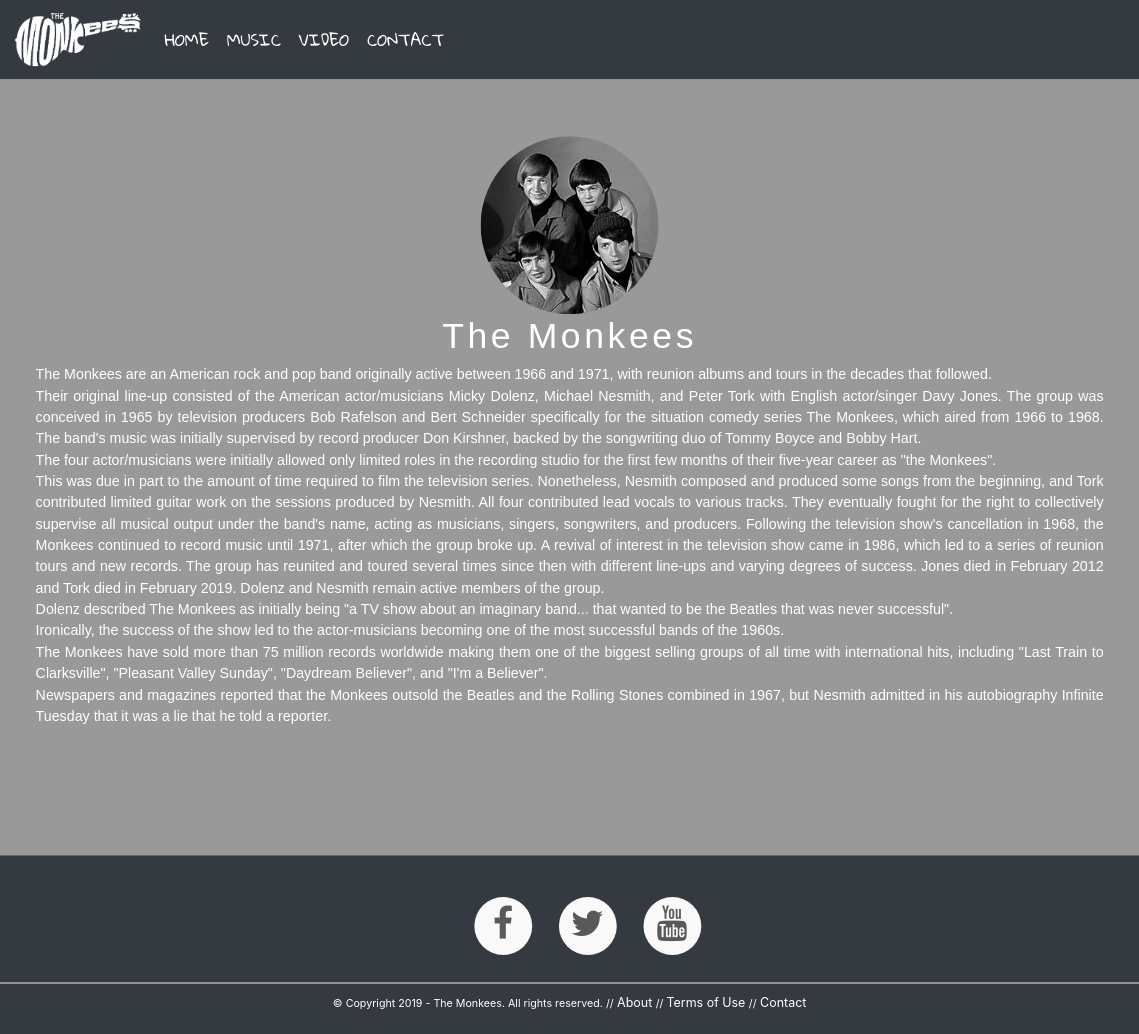
Repository: Code-Institute-Submissions/the_monkees-3
Page: about.html
The author's editor kept a record of every edit. The page is drawn from the files as they stood at one moment, then again after the next edit.
The browser window is 1280 px wide. The pictures show the whole page, at 89% of full size.
Some web libraries are served in a nearby version.

Above is the page before.

### about.html
<!DOCTYPE html>
<html lang="en">
<head>
    <meta charset="UTF-8">
    <meta name="viewport" content="width=device-width, initial-scale=1.0">
    <meta http-equiv="X-UA-Compatible" content="ie=edge">
    <script type="text/javascript" src="https://cdnjs.cloudflare.com/ajax/libs/jquery/2.1.3/jquery.min.js"></script>
    <script type="text/javascript" src="https://stackpath.bootstrapcdn.com/bootstrap/4.3.1/js/bootstrap.min.js"></script>
    <link rel="stylesheet" href="https://stackpath.bootstrapcdn.com/bootstrap/4.3.1/css/bootstrap.min.css" type="text/css" />
    <link rel="stylesheet" href="https://stackpath.bootstrapcdn.com/font-awesome/4.7.0/css/font-awesome.min.css" type="text/css" />
    <link rel="stylesheet" href="assets/css/style.css" type="text/css" />
    <title>Home|The Monkees</title>
</head>
<body>
  <header>
<!--------------------Navigation-->
    <nav class="navbar navbar-expand-sm bg-dark navbar-dark stroke">
      <a class="navbar-brand" href="index.html">
        <img src="assets/image/LOGO.png" id="logo-transparent" alt="logo" style="width:143px;">
      </a>
      <button type="button" class="navbar-toggler" data-toggle="collapse" data-target="#navbarCollapse">
        <span class="navbar-toggler-icon"></span>
      </button>

    <div class="collapse navbar-collapse" id="navbarCollapse">
      <ul class="navbar-nav">
        <li class="nav-item">
          <a class="nav-link " id="navbar-select-color" href="index.html">Home</a>
        </li>

        <li class="nav-item">
          <a class="nav-link" id="navbar-select-color" href="music.html">Music</a>
        </li>
        <li class="nav-item">
          <a class="nav-link" id="navbar-select-color" href="video.html">Video</a>
        </li>
        <li class="nav-item">
          <a class="nav-link" id="navbar-select-color" href="contact.html">Contact</a>
        </li>
      </ul>
    </div>
    </nav>
  </header>
  <section>
    <div class="box">
      <img src="assets/image/band.jpg" alt="" class="box-img">
      <h1>The Monkees</h1>
      <p>The Monkees are an American rock and pop band originally active between 1966 and 1971, with reunion albums and tours in the decades that followed.
      <br>Their original line-up consisted of the American actor/musicians Micky Dolenz, Michael Nesmith, and Peter Tork with English actor/singer Davy Jones.
      The group was conceived in 1965 by television producers Bob Rafelson and Bert Schneider specifically for the situation comedy series The Monkees, which aired from 1966 to 1968.
      The band's music was initially supervised by record producer Don Kirshner, backed by the songwriting duo of Tommy Boyce and Bobby Hart.

<br>The four actor/musicians were initially allowed only limited roles in the recording studio for the first few months of their five-year career as "the Monkees".
<br>This was due in part to the amount of time required to film the television series. Nonetheless, Nesmith composed and produced some songs from the beginning, and Tork contributed limited guitar work on the sessions produced by Nesmith.
All four contributed lead vocals to various tracks. They eventually fought for the right to collectively supervise all musical output under the band's name, acting as musicians, singers, songwriters, and producers.

Following the television show's cancellation in 1968, the Monkees continued to record music until 1971, after which the group broke up.
A revival of interest in the television show came in 1986, which led to a series of reunion tours and new records.
The group has reunited and toured several times since then with different line-ups and varying degrees of success.
Jones died in February 2012 and Tork died in February 2019. Dolenz and Nesmith remain active members of the group.
<br>
Dolenz described The Monkees as initially being "a TV show about an imaginary band... that wanted to be the Beatles that was never successful".
<br>Ironically, the success of the show led to the actor-musicians becoming one of the most successful bands of the 1960s. <br>
The Monkees have sold more than 75 million records worldwide making them one of the biggest selling groups of all time with international hits, including "Last Train to Clarksville", "Pleasant Valley Sunday", "Daydream Believer", and "I'm a Believer". <br>
Newspapers and magazines reported that the Monkees outsold the Beatles and the Rolling Stones combined in 1967, but Nesmith admitted in his autobiography Infinite Tuesday that it was a lie that he told a reporter.</p>
    </div>


  </section>

<footer class="mainfooter bg-dark " role="contentinfo">
  <div class="footer-middle">
      <ul class="social-network social-circle">
             <li><a href="https://www.facebook.com/" class="icoFacebook" title="Facebook"><i class="fa fa-facebook"></i></a></li>
             <li><a href="https://twitter.com/" class="icoTwitter" title="Twitter"><i class="fa fa-twitter"></i></a></li>
             <li><a href="https://www.youtube.com" class="icoYoutube" title="Youtube"><i class="fa fa-youtube"></i></a></li>

      </ul>
	<div class="col-md-12 copy">
			<p class="text-center">&copy; Copyright 2019 - The Monkees.  All rights reserved. //<a href="about.html"> About </a> // <a href="terms_of_use.html"> Terms of Use </a> //<a href="contact.html"> Contact </a></p>

	</div>
  </div>
</footer>

</body>
</html>

Loaded but not shown: assets/css/style.css (1003 lines, source omitted)

After the next edit:
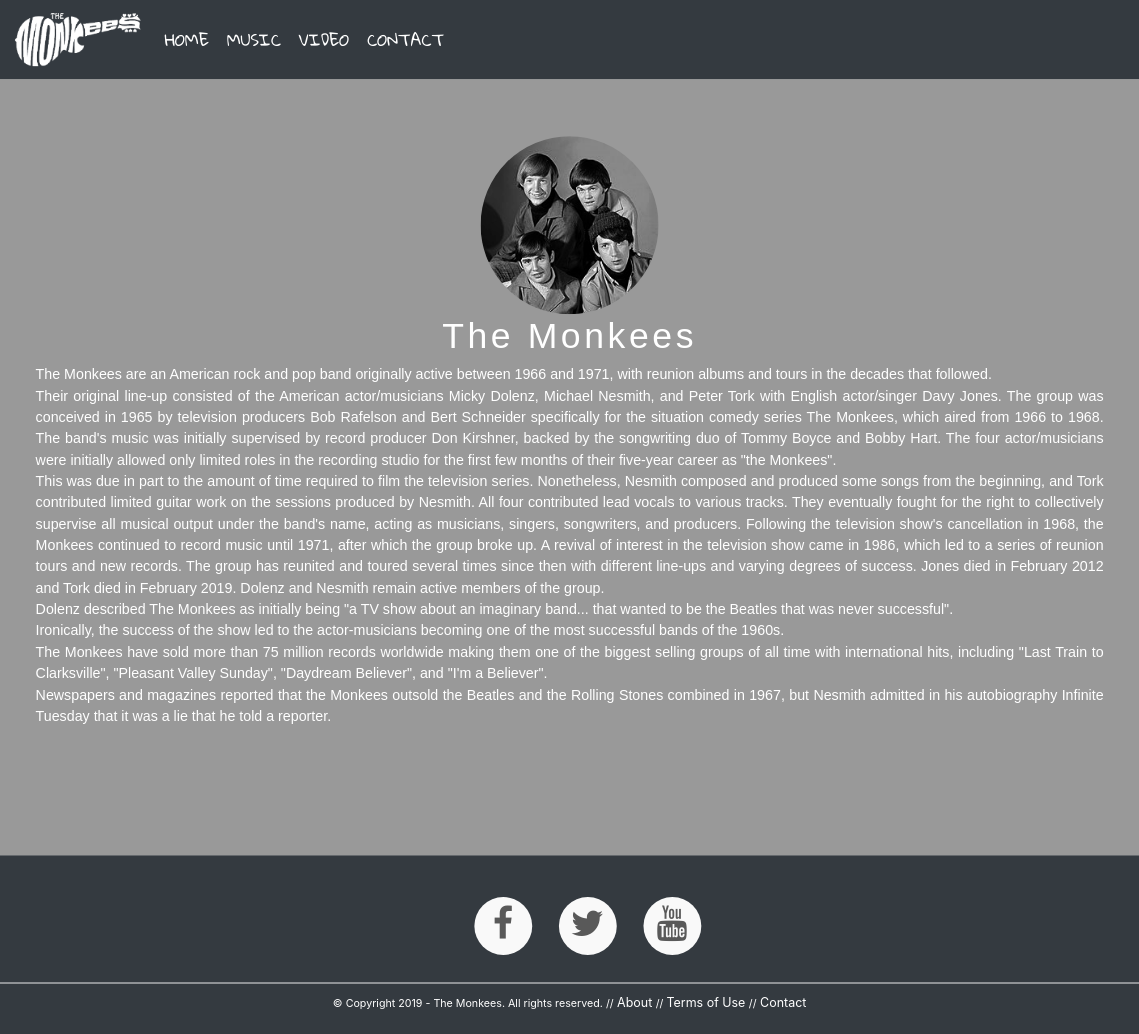
The edit:
--- a/about.html
+++ b/about.html
@@ -50,7 +50,7 @@
       The group was conceived in 1965 by television producers Bob Rafelson and Bert Schneider specifically for the situation comedy series The Monkees, which aired from 1966 to 1968.
       The band's music was initially supervised by record producer Don Kirshner, backed by the songwriting duo of Tommy Boyce and Bobby Hart.
 
-<br>The four actor/musicians were initially allowed only limited roles in the recording studio for the first few months of their five-year career as "the Monkees".
+The four actor/musicians were initially allowed only limited roles in the recording studio for the first few months of their five-year career as "the Monkees".
 <br>This was due in part to the amount of time required to film the television series. Nonetheless, Nesmith composed and produced some songs from the beginning, and Tork contributed limited guitar work on the sessions produced by Nesmith.
 All four contributed lead vocals to various tracks. They eventually fought for the right to collectively supervise all musical output under the band's name, acting as musicians, singers, songwriters, and producers.
 
